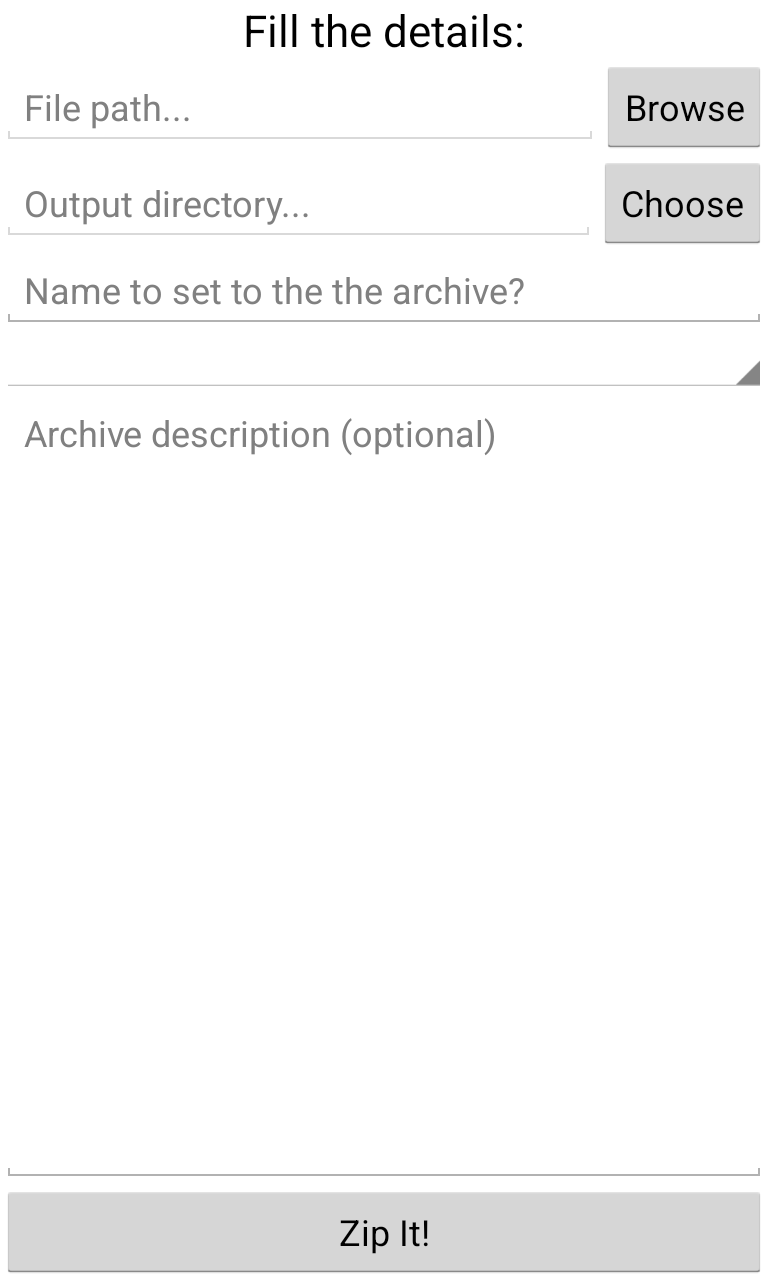
Repository: ya-ivanov/Android-Projects
Layout: Android Projects (OLD)/Zip It!/ZipIt/res/layout/activity_main.xml
An editor plug-in stored every save of this project. The layout is shown before and after the next save, followed by the edit.
It is drawn on a 768 x 1280 px phone screen (xhdpi) without system bars, with theme AppTheme; the app's code is not run.

Above is the layout before, as saved 2013-12-12 18:26:00.

After the next save:
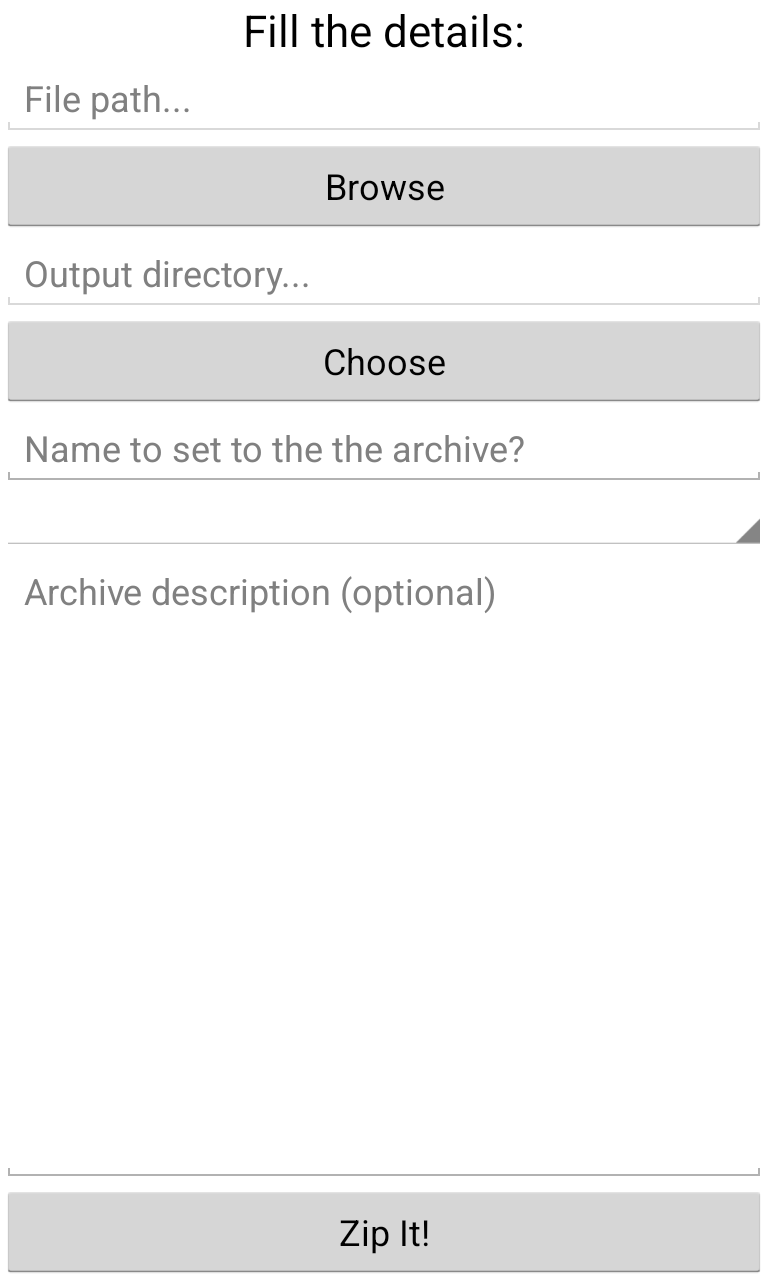
Saved 3 s later.
--- a/Android Projects (OLD)/Zip It!/ZipIt/res/layout/activity_main.xml
+++ b/Android Projects (OLD)/Zip It!/ZipIt/res/layout/activity_main.xml
@@ -11,52 +11,35 @@
         android:text="Fill the details:"
         android:textAppearance="?android:attr/textAppearanceLarge" />
 
-    <LinearLayout
+    <EditText
+        android:id="@+id/files"
         android:layout_width="match_parent"
-        android:layout_height="wrap_content" >
+        android:layout_height="wrap_content"
+        android:ems="10"
+        android:enabled="false"
+        android:hint="File path..."
+        android:singleLine="true" />
 
-        <EditText
-            android:id="@+id/files"
-            android:layout_width="253dp"
-            android:layout_height="wrap_content"
-            android:layout_weight="1.14"
-            android:ems="10"
-            android:enabled="false"
-            android:hint="File path..."
-            android:singleLine="true" >
+    <Button
+        android:id="@+id/browse"
+        android:layout_width="match_parent"
+        android:layout_height="wrap_content"
+        android:text="Browse" />
 
-            <requestFocus />
-        </EditText>
+    <EditText
+        android:id="@+id/endDir"
+        android:layout_width="match_parent"
+        android:layout_height="wrap_content"
+        android:ems="10"
+        android:enabled="false"
+        android:hint="Output directory..."
+        android:singleLine="true" />
 
-        <Button
-            android:id="@+id/browse"
-            android:layout_width="wrap_content"
-            android:layout_height="wrap_content"
-            android:text="Browse" />
-    </LinearLayout>
-
-    <LinearLayout
+    <Button
+        android:id="@+id/choose"
         android:layout_width="match_parent"
-        android:layout_height="wrap_content" >
-
-        <EditText
-            android:id="@+id/endDir"
-            android:layout_width="match_parent"
-            android:layout_height="wrap_content"
-            android:layout_weight="1"
-            android:ems="10"
-            android:enabled="false"
-            android:hint="Output directory..."
-            android:singleLine="true" >
-        </EditText>
-
-        <Button
-            android:id="@+id/choose"
-            android:layout_width="wrap_content"
-            android:layout_height="wrap_content"
-            android:text="Choose" />
-
-    </LinearLayout>
+        android:layout_height="wrap_content"
+        android:text="Choose" />
 
     <LinearLayout
         android:layout_width="match_parent"
